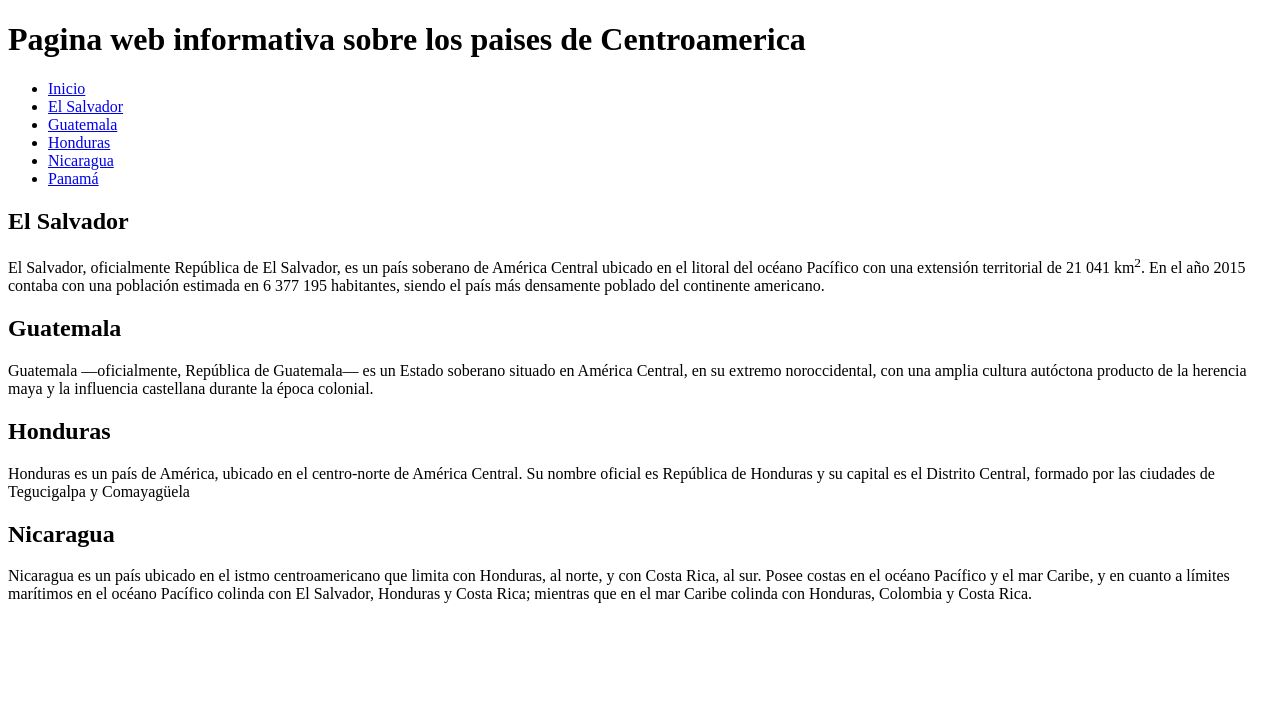
Repository: DiegoJacob0/LabosWeb
Page: 00043719_practica1_seccion1/semantica.html
These files come from the project's save history. The page is drawn as it stood at one moment and after a run of saves; the edit follows.
The browser window is 1280 px wide. The pictures show the whole page.

Above is the page before, as saved 2025-08-25 15:23:19.

### 00043719_practica1_seccion1/semantica.html
<!DOCTYPE html>
<html lang="es">
<head>
<meta charset="UTF-8">
<title>Centroamerica</title>
</head>
<body>
<header>
<h1>Pagina web informativa sobre los paises de
Centroamerica</h1>
</header>
<nav>
<ul>
<li><a href="#">Inicio</a></li>
<li><a href="#">El Salvador</a></li>
<li><a href="#">Guatemala</a></li>
<li><a href="#">Honduras</a></li>
<li><a href="#">Nicaragua</a></li>
<li><a href="#">Panamá</a></li>
</ul>
</nav>
<section>
<article>
<h2>El Salvador</h2>
<p>El Salvador, oficialmente República de El Salvador, es un
país soberano de América Central ubicado en el litoral del océano
Pacífico con una extensión territorial de 21 041 km<sup>2</sup>. En
el año 2015 contaba con una población estimada en 6 377 195
habitantes, siendo el país más densamente poblado del continente
americano.</p>
</article>
<article>
<h2>Guatemala</h2>
<p>Guatemala —oficialmente, República de Guatemala— es un
Estado soberano situado en América Central, en su extremo
noroccidental, con una amplia cultura autóctona producto de la
herencia maya y la influencia castellana durante la época
colonial.</p>
</article>
<article>
<h2>Honduras</h2>
<p>Honduras es un país de América, ubicado en el centro-norte
de América Central. Su nombre oficial es República de Honduras y su
capital es el Distrito Central, formado por las ciudades de
Tegucigalpa y Comayagüela</p>
</article>
<article>
<h2>Nicaragua</h2>
<p>Nicaragua es un país ubicado en el istmo centroamericano
que limita con Honduras, al norte, y con Costa Rica, al sur. Posee
costas en el océano Pacífico y el mar Caribe, y en cuanto a límites
marítimos en el océano Pacífico colinda con El Salvador, Honduras y
Costa Rica; mientras que en el mar Caribe colinda con Honduras,
Colombia y Costa Rica.</p>
</article>
<article>

After the next 2 saves:
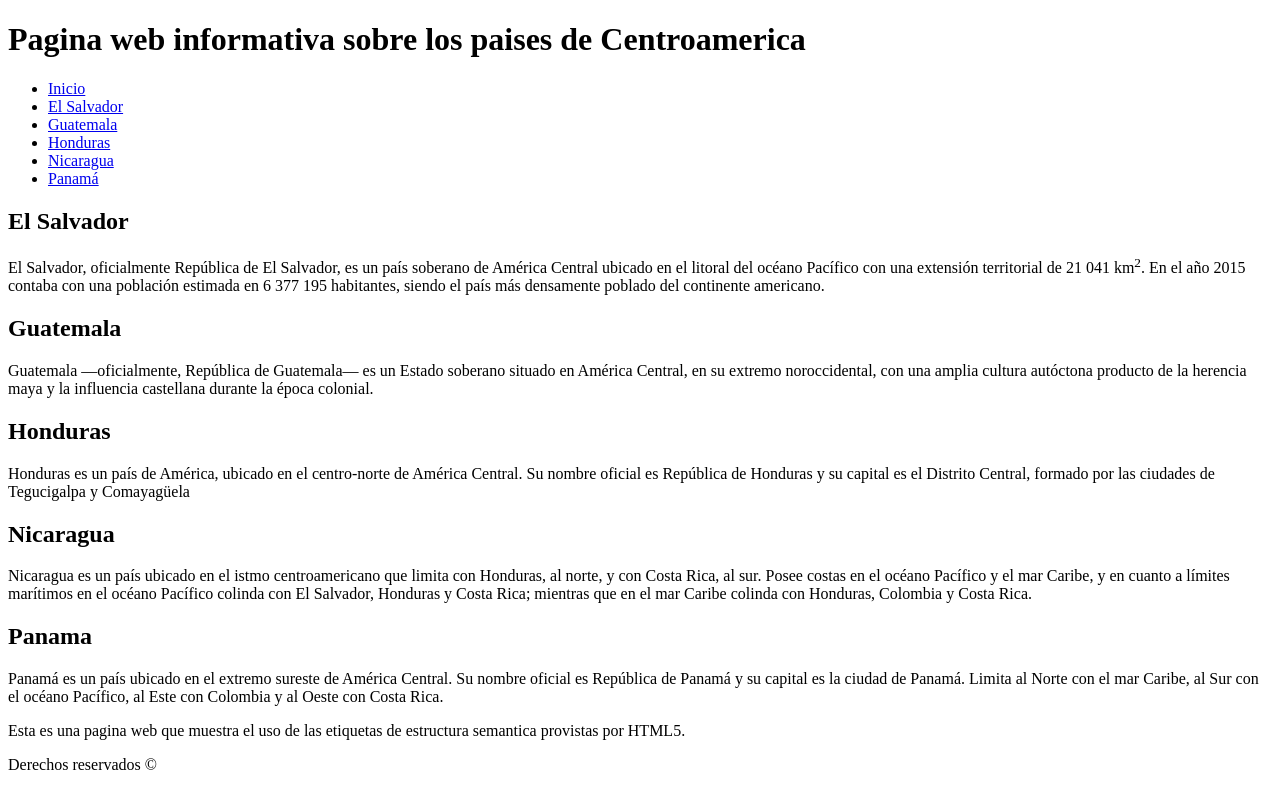
The 2 saves are shown as one change because they came seconds apart.
The last was saved 8 s later.
--- a/00043719_practica1_seccion1/semantica.html
+++ b/00043719_practica1_seccion1/semantica.html
@@ -54,3 +54,21 @@ Costa Rica; mientras que en el mar Caribe colinda con Honduras,
 Colombia y Costa Rica.</p>
 </article>
 <article>
+
+    <h2>Panama</h2>
+<p>Panamá es un país ubicado en el extremo sureste de América
+Central. Su nombre oficial es República de Panamá y su capital es
+la ciudad de Panamá. Limita al Norte con el mar Caribe, al Sur con
+el océano Pacífico, al Este con Colombia y al Oeste con Costa Rica.
+</p>
+</article>
+</section>
+<aside>
+<p>Esta es una pagina web que muestra el uso de las etiquetas
+de estructura semantica provistas por HTML5. </p>
+</aside>
+<footer>
+<p>Derechos reservados &#169;</p>
+</footer>
+</body>
+</html>
